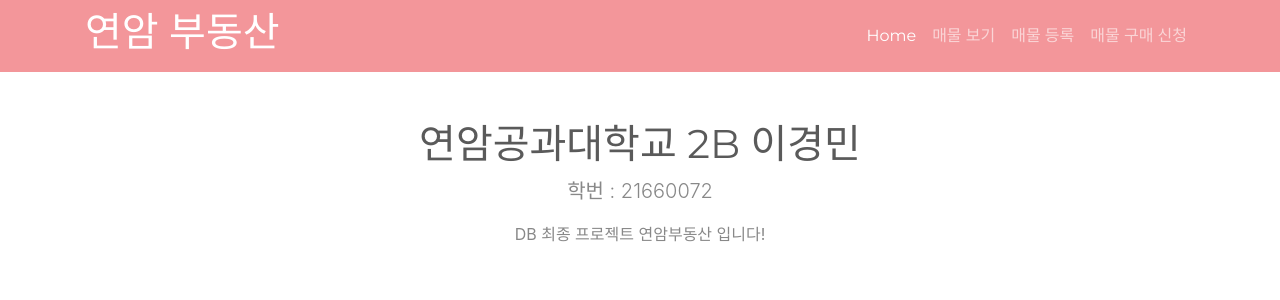
Repository: Leekm0912/2-1_JSP-DB_Project
Page: http://localhost/WebTest/DB/Order.jsp
The author's editor kept a copy of each file at every save. The page is drawn from the files as they stood at one save, then again after the next save.
The browser window is 1280 px wide. The pictures show the whole page.
The page is served by Tomcat 9. Other server files are loaded and not shown. Queries for data that is not in the repository find no rows.

Above is the page before, as saved 2020-06-10 04:20:28.

### WebTest/WebContent/DB/Order.jsp
<%@ page contentType="text/html; charset=utf-8"%>
<!DOCTYPE html>
<html lang="ko">

<head>

<meta charset="utf-8">
<meta name="viewport" content="width=device-width, initial-scale=1, shrink-to-fit=no">
<meta name="description" content="">
<meta name="author" content="">
<title>Bare - Start Bootstrap Template</title>

<!-- Bootstrap core CSS -->
<link href="vendor/bootstrap/css/bootstrap.min.css" rel="stylesheet">
</head>

<body>

	<!-- Navigation -->
	<nav class="navbar navbar-expand-lg navbar-dark bg-dark static-top">
		<div class="container">
			<h1 style="color: white;">연암 부동산</h1>
			<button class="navbar-toggler" type="button" data-toggle="collapse" data-target="#navbarResponsive" aria-controls="navbarResponsive" aria-expanded="false" aria-label="Toggle navigation">
				<span class="navbar-toggler-icon"></span>
			</button>
			<div class="collapse navbar-collapse" id="navbarResponsive">
				<ul class="navbar-nav ml-auto">
					<li class="nav-item active"><a class="nav-link" href="main.jsp">Home <span class="sr-only">(current)</span>
					</a></li>
					<li class="nav-item"><a class="nav-link" href="ViewTable.jsp">매물 보기</a></li>
					<li class="nav-item"><a class="nav-link" href="InsertTable.jsp">매물 등록</a></li>
					<li class="nav-item"><a class="nav-link" href="Order.jsp">매물 구매 신청</a></li>
				</ul>
			</div>
		</div>
	</nav>

	<!-- Page Content -->
	<div class="container">
		<div class="row">
			<div class="col-lg-12 text-center">
				<h1 class="mt-5">연암공과대학교 2B 이경민</h1>
				<p class="lead">학번 : 21660072</p>
				<p>DB 최종 프로젝트 연암부동산 입니다!</p>
			</div>
		</div>
	</div>

	<!-- Bootstrap core JavaScript -->
	<script src="vendor/jquery/jquery.slim.min.js"></script>
	<script src="vendor/bootstrap/js/bootstrap.bundle.min.js"></script>

</body>

</html>

After the next save:
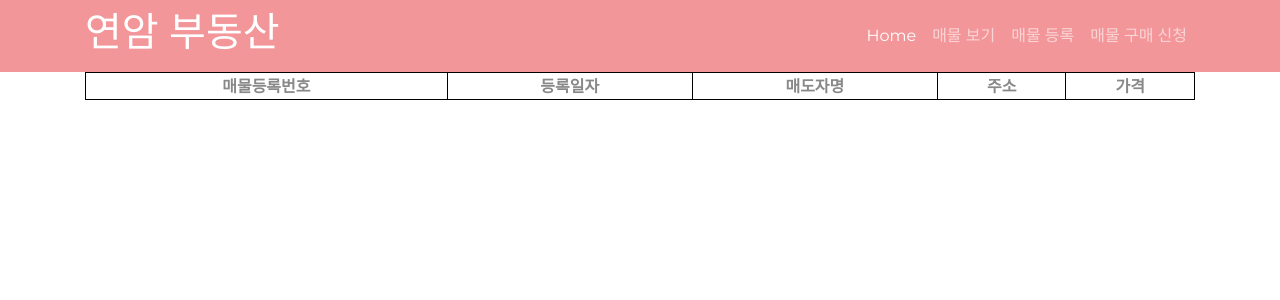
Saved 2 min 38 s later.
--- a/WebTest/WebContent/DB/Order.jsp
+++ b/WebTest/WebContent/DB/Order.jsp
@@ -1,4 +1,10 @@
 <%@ page contentType="text/html; charset=utf-8"%>
+<%@ page import="java.sql.*"%>
+<%@ page import="java.io.*"%>
+<%@ page import="java.sql.CallableStatement"%>
+<%@ page import="java.util.*"%>
+<%@ page import="java.text.DecimalFormat"%>
+<%@ taglib prefix="c" uri="http://java.sun.com/jsp/jstl/core"%>
 <!DOCTYPE html>
 <html lang="ko">
 
@@ -8,10 +14,22 @@
 <meta name="viewport" content="width=device-width, initial-scale=1, shrink-to-fit=no">
 <meta name="description" content="">
 <meta name="author" content="">
+
 <title>Bare - Start Bootstrap Template</title>
 
 <!-- Bootstrap core CSS -->
 <link href="vendor/bootstrap/css/bootstrap.min.css" rel="stylesheet">
+<style type="text/css">
+table, td {
+	border: 1px solid black
+}
+
+table {
+	width: 100%;
+	margin: auto;
+	text-align: center;
+}
+</style>
 </head>
 
 <body>
@@ -37,15 +55,78 @@
 
 	<!-- Page Content -->
 	<div class="container">
-		<div class="row">
-			<div class="col-lg-12 text-center">
-				<h1 class="mt-5">연암공과대학교 2B 이경민</h1>
-				<p class="lead">학번 : 21660072</p>
-				<p>DB 최종 프로젝트 연암부동산 입니다!</p>
-			</div>
-		</div>
+		<%
+		Connection con = null;
+		String url = "jdbc:oracle:thin:@localhost:1521:orcl";
+		/* 11g express edition은 orcl 대신 XE를 입력한다. */
+		String userid = "MYDB";
+		String pwd = "dongsu14";
+
+		try { /* 드라이버를 찾는 과정 */
+			Class.forName("oracle.jdbc.driver.OracleDriver");
+			System.out.println("드라이버 로드 성공");
+		} catch (ClassNotFoundException e) {
+			e.printStackTrace();
+		}
+
+		try { /* 데이터베이스를 연결하는 과정 */
+			System.out.println("데이터베이스 연결 준비 ...");
+			con = DriverManager.getConnection(url, userid, pwd);
+			System.out.println("데이터베이스 연결 성공");
+		} catch (SQLException e) {
+			e.printStackTrace();
+		}
+
+		String query = "select * from 상세매물 order by 매물등록번호"; /* SQL 문 */
+		try { /* 데이터베이스에 질의 결과를 가져오는 과정 */
+			Statement stmt = con.createStatement();
+			ResultSet rs = stmt.executeQuery(query);
+			List<Integer> row1 = new ArrayList<Integer>();
+			List<String> row2 = new ArrayList<String>();
+			List<String> row3 = new ArrayList<String>();
+			List<String> row4 = new ArrayList<String>();
+			List<Long> row5 = new ArrayList<Long>();
+			while (rs.next()) {
+				row1.add(rs.getInt(1));
+				row2.add(rs.getString(2));
+				row3.add(rs.getString(3));
+				row4.add(rs.getString(4));
+				row5.add(rs.getLong(5));
+			}
+		%>
+		<table border='1'>
+			<tr>
+				<th>매물등록번호</th>
+				<th>등록일자</th>
+				<th>매도자명</th>
+				<th>주소</th>
+				<th>가격</th>
+			</tr>
+			<%
+				DecimalFormat formatter = new DecimalFormat("###,###");
+			for (int i = 0; i < row1.size(); i++) {
+				out.print("<tr>");
+				out.print("<td style='text-align:center;'>" + row1.get(i) + "</td>");
+				out.print("<td>" + row2.get(i).substring(0, 11) + "</td>");
+				out.print("<td style='text-align:center;'>" + row3.get(i) + "</td>");
+				out.print("<td>" + row4.get(i) + "</td>");
+				out.print("<td>" + formatter.format(row5.get(i)) + "원" + "</td>");
+
+				out.print("</tr>");
+			}
+			%>
+		</table>
+
+
+
+
+		<%
+			con.close();
+		} catch (SQLException e) {
+			e.printStackTrace();
+		}
+		%>
 	</div>
-
 	<!-- Bootstrap core JavaScript -->
 	<script src="vendor/jquery/jquery.slim.min.js"></script>
 	<script src="vendor/bootstrap/js/bootstrap.bundle.min.js"></script>
